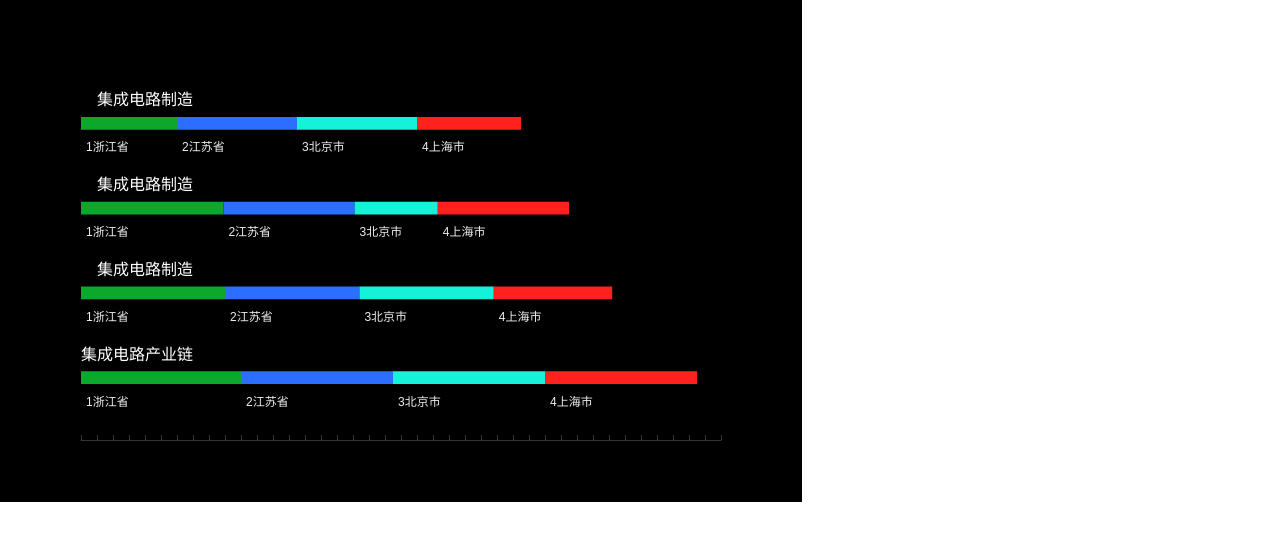
Repository: 572031690/echartproj
Page: /#/test
An editor plug-in stored every save of this project. The page is shown before and after the next save, followed by the edit.
The browser window is 1280 px wide. The pictures show the whole page.
The project was rebuilt for these pictures with package versions that can differ from the ones it lists, and the page was loaded fresh each time. Also part of the build but not shown: vue.config.js, src/components/Seller.vue, src/views/SellerPage.vue, src/utils/theme_utils.js, src/components/Trend.vue, src/views/TrendPage.vue, src/utils/map_utils.js, src/components/Map.vue and 9 more.

Above is the page before, as saved 2021-08-03 13:50:25.

### public/index.html
<!DOCTYPE html>
<html lang="en">
  <head>
    <meta charset="utf-8">
    <meta http-equiv="X-UA-Compatible" content="IE=edge">
    <meta name="viewport" content="width=device-width,initial-scale=1.0">
    <link rel="icon" href="<%= BASE_URL %>favicon.ico">
    <title><%= htmlWebpackPlugin.options.title %></title>
  </head>
  <body>
    <noscript>
      <strong>We're sorry but <%= htmlWebpackPlugin.options.title %> doesn't work properly without JavaScript enabled. Please enable it to continue.</strong>
    </noscript>
    <div id="app"></div>
    <!-- built files will be auto injected -->
    <!-- 一旦通过script标签引入的echarts.js的文件之后呢, window.echarts -->
    <script src="static/lib/echarts.min.js"></script>
    <!-- 引入主题的js文件 -->
    <script src="static/theme/chalk.js"></script>
    <script src="static/theme/vintage.js"></script>
  </body>
</html>

### src/main.js
import Vue from 'vue'
import App from './App.vue'
import router from './router'
import store from './store'
// 引入字体的文件
import './assets/font/iconfont.css'
// 引入全局的样式文件
import './assets/css/global.less'
import axios from 'axios'
import SocketService from './utils/socket_service'

// 调用socket **********
// import SocketService from '@/utils/socket_service'
// 对服务端进行webSocket连接 *********
// SocketService.Instance.connect()
// Vue.prototype.$socket = SocketService.Instance

// 请求基准路径的配置
axios.defaults.baseURL = 'http://127.0.0.1:8888/api/'
// 将axios挂载到Vue的原型对象上
// 在别的组件中 this.$http
Vue.prototype.$http = axios

// 将全局的echarts对象挂载到Vue的原型对象上
// 别的组件中 this.$echarts
Vue.prototype.$echarts = window.echarts

Vue.config.productionTip = false

new Vue({
  router,
  store,
  render: h => h(App)
}).$mount('#app')

### src/App.vue
<template>
  <div id="app">
    <!-- 路由占位符 -->
    <router-view></router-view>
  </div>
</template>

<style lang="less">

</style>

### src/router/index.js
import Vue from 'vue'
import VueRouter from 'vue-router'
import SellerPage from '@/views/SellerPage'
import TrendPage from '@/views/TrendPage'
import MapPage from '@/views/MapPage'
import RankPage from '@/views/RankPage'
import HotPage from '@/views/HotPage'
import StockPage from '@/views/StockPage'
import Test from '../components/Test.vue'
import ScreenPage from '@/views/ScreenPage'

Vue.use(VueRouter)

const routes = [
  {
    path: '/',
    redirect: '/screen'
  },
  {
    path: '/screen',
    component: ScreenPage
  },
  {
    path: '/sellerpage',
    component: SellerPage
  },
  {
    path: '/trendpage',
    component: TrendPage
  },
  {
    path: '/mappage',
    component: MapPage
  },
  {
    path: '/rankpage',
    component: RankPage
  },
  {
    path: '/hotpage',
    component: HotPage
  },
  {
    path: '/stockpage',
    component: StockPage
  },
  {
    path: '/test',
    component: Test
  }

]

const router = new VueRouter({
  routes
})

export default router

### src/store/index.js
import Vue from 'vue'
import Vuex from 'vuex'

Vue.use(Vuex)

export default new Vuex.Store({
  state: {
    theme: 'chalk'
  },
  mutations: {
    changeTheme (state) {
      if(state.theme === 'chalk'){
        state.theme = 'vintage'
      }else{
        state.theme = 'chalk'
      }
    }
  },
  actions: {
  },
  modules: {
  }
})

### src/assets/css/global.less
html, body, #app {
  width: 100%;
  height: 100%;
  padding: 0;
  margin: 0;
  overflow: hidden;
}

.com-page {
  width: 100%;
  height: 100%;
  overflow: hidden;
}

.com-container {
  width: 100%;
  height: 100%;
  overflow: hidden;
  position: relative;
}

.com-chart {
  width: 100%;
  height: 100%;
  overflow: hidden;
}

canvas {
  border-radius: 20px;
}

/*无法选中图片文字方法*/
span,div,img{
  user-select:none;
}

### src/utils/socket_service.js
export default class SocketService {
    // 单例的设计模式
    //如果别人通过get Instance 来的到我的实例对象 那我只会给他返回同一个实例对象
    static instance = null
    static get Instance() {
        if (!this.instance) {
            this.instance = new SocketService()
        }
        return this.instance
    }

    //和服务端连接的socket对象
    ws = null
    //存储回调函数
    callBackMapping = {}
    //定义连接服务器的方法
    connect() {
        //连接服务器
        if (!window.WebSocket) {
            return console.log('你的浏览器不支持WebSocket');
        }
        this.ws = new WebSocket('ws://localhost:9998')

        //连接服务端成功
        this.ws.onopen = () => {
            console.log('连接服务端成功');
        }
        //连接服务端失败
        this.ws.onclose = () => {
            console.log('连接服务端失败');
        }
        //得到服务端发送过来的数据
        this.ws.onmessage = msg => {
            console.log('从服务端获取数据');
            //得到的数据在msg的data里面
            // console.log(msg.data);
            const recvData = JSON.parse(msg.data)
            const socketType = recvData.socketType
            //判断回调函数是否存在
            if(this.callBackMapping[socketType]){
                const action = recvData.action
                if(action === 'getData') {
                    const realData = JSON.parse(recvData.data)
                    this.callBackMapping[socketType]
                }else if( action === 'fullScreen') {

                }else if(action === 'themeChange') {

                }
            }
        }
    }
    //回调函数的注册
    registerCallBack(socketType, callBack) {
        this.callBackMapping[socketType] = callBack
    }
    //取消某一个回调函数
    unRegisterCallBack(socketType) {
        this.callBackMapping[socketType] = null
    }

}

### src/components/Test.vue
<template>
  <div class="line-chart" ref="mybar">
    123
  </div>
</template>

<script>
export default {
  mounted() {
    this.getData()
    this.initChart()
  },
  data() {
    return {
      chartInstance: null,
      seriesData: [100, 120, 140, 90, 90, 80],
      barChart: {
        xAxisData: ['类别1', '类别2', '类别3', '类别4'],
        dataList: []
      },

      chartData1: [
        { rank: 1, name: '浙江省', value: 100 },
        { rank: 1, name: '江苏省', value: 90 },
        { rank: 1, name: '北京市', value: 89 },
        { rank: 1, name: '上海市', value: 60 }
      ],
      chartData2: [
        { rank: 2, name: '浙江省', value: 95 },
        { rank: 2, name: '江苏省', value: 84 },
        { rank: 2, name: '北京市', value: 82 },
        { rank: 2, name: '上海市', value: 75 }

      ],
      chartData3: [
        { rank: 3, name: '浙江省', value: 95 },
        { rank: 3, name: '江苏省', value: 84 },
        { rank: 3, name: '北京市', value: 52 },
        { rank: 3, name: '上海市', value: 75 }

      ],
      chartData4: [
        { rank: 4, name: '浙江省', value: 95 },
        { rank: 4, name: '江苏省', value: 74 },
        { rank: 4, name: '北京市', value: 82 },
        { rank: 4, name: '上海市', value: 65 }

      ],
      chartData5: [
        { rank: 5, name: '浙江省', value: 85.5 },
        { rank: 5, name: '江苏省', value: 44 },
        { rank: 5, name: '北京市', value: 72 },
        { rank: 5, name: '上海市', value: 75 }

      ],
      yAxisData: ['集成电路产业链', '集成电路制造', '集成电路制造', '集成电路制造']
    }
  },
  methods: {
    initChart() {
      const colorArr1 = [
        'rgba(11, 168, 44)',
        'rgba(44, 110, 255)',
        'rgba(22, 242, 217)',
        'rgba(254, 33, 30)',
        'rgba(250, 105, 0)'
      ]
      const ChartsData = [
        {
          name: '第一列',
          data: this.chartData1
        },
        {
          name: '第一列',
          data: this.chartData2
        },
        {
          name: '第一列',
          data: this.chartData3
        },
        {
          name: '第一列',
          data: this.chartData4
        },
        {
          name: '第一列',
          data: this.chartData5
        }
      ]
      var serises = ChartsData.map((item, index) => {
        if (item.data[index]) {
          return {
            name: item.data[index].name,
            stack: '类1',
            barWidth: '15%', // 宽度
            itemStyle: {
              color: arg => {
                return colorArr1[arg.componentIndex]
              },
              emphasis: { // 鼠标悬浮后的样式变化
                borderWidth: 5,
                borderType: 'solid',
                color: colorArr1[index],
                borderColor: colorArr1[index]
              }
            },
            data: [item.data[0].value, item.data[1].value, item.data[2].value, item.data[3].value],
            type: 'bar',
            label: {
              show: true,
              position: [5, 25],
              textStyle: {
                color: '#eee',
                fontSize: 12
              },
              fontWeight: 100, // 设置下面文字粗细
              formatter: arg => {
                return arg.seriesIndex + 1 + '' + item.data[index].name
              }
            }
          }
        }
      })
      // console.log(serises)
      const chartInstance = this.$echarts.init(this.$refs.mybar)
      const option = {
        tooltip: { // 设置鼠标悬浮提示框
          position: 'top',
          padding: 10,
          formatter: arg => {
            // console.log(arg, '1111111111')
            return arg.seriesName + ' ' + arg.value
          },
          backgroundColor: '#343c55',
          borderColor: '#3c455a',
          borderWidth: 2,
          textStyle: {
            fontSize: 12
          }
        },
        grid: [
          {
            top: 80,
            bottom: 81
          }
        ],
        xAxis: [
          {
            type: 'value',
            // gridIndex: 0,
            axisLabel: {
              // 刻度标签文字
              show: false
            },
            splitLine: {
              show: false
              // x轴横线
            },
            offset: 20, // 设置x轴向下偏移
            axisLine: {
              // 设置轴线
              show: true
            },
            axisTick: {
              show: true, // 是否显示坐标轴刻度。
              inside: true, // 让坐标轴刻度朝内 默认是false朝外
              length: 5 // 坐标轴刻度线的长度。
            },
            interval: 10 // 强制设置坐标轴刻度间隔值
          }
        ],
        yAxis: [
          {
            type: 'category',
            data: this.yAxisData,
            // gridIndex: 0, // x 轴所在的 grid 的索引，默认位于第一个 grid。
            axisLabel: {
              color: '#fff', // 刻度标签文字的颜色
              padding: [0, 0, 45, 0], // 设置轴文字上下偏移
              textStyle: {
                fontSize: 16
              }
            },
            offset: -120, // 设置x轴的偏移 -92是向上 但是得配合onZero: false,使用 不然负数不会生效
            axisLine: {
              onZero: false,
              // 设置轴线
              show: false
            },
            axisTick: {
              show: false // 是否显示坐标轴刻度。
            }
          }
        ],
        series: serises
      }
      chartInstance.setOption(option)
    },
    getData() {
      let sum = 0
      this.seriesData.forEach(item => (sum += item))
      const aver = sum / this.seriesData.length
      // console.log(aver)
      this.barChart.dataList[0] = this.seriesData.map(item => {
        if (item > aver) return item - aver
        else return 0
      })
      this.barChart.dataList[1] = this.seriesData.map(item => {
        if (item > aver) return aver
        else return item
      })
      // console.log(this.barChart.dataList)
    }
  }
}
</script>

<style>
.line-chart {
  width: 800px;
  height: 500px;
  border: 1px solid black;
  background: #000;
}
</style>

Loaded but not shown: src/assets/font/iconfont.css (common file); public/static/lib/echarts.min.js (library); public/static/theme/chalk.js (521 lines, source omitted); public/static/theme/vintage.js (521 lines, source omitted)

After the next save:
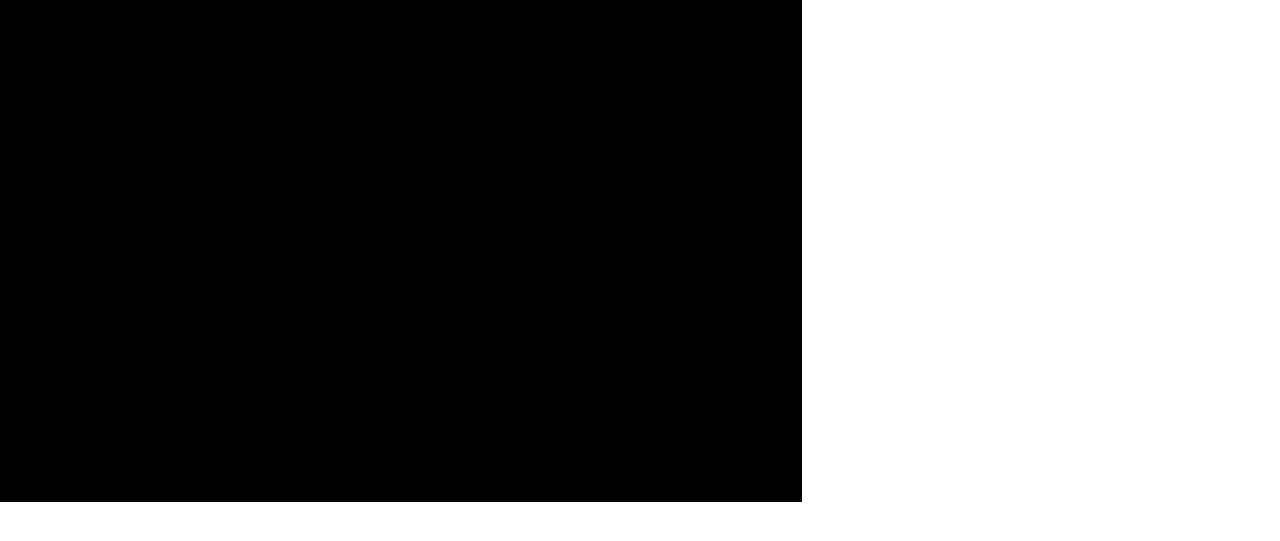
Saved 6 min 27 s later.
--- a/src/components/Test.vue
+++ b/src/components/Test.vue
@@ -13,12 +13,6 @@
   data() {
     return {
       chartInstance: null,
-      seriesData: [100, 120, 140, 90, 90, 80],
-      barChart: {
-        xAxisData: ['类别1', '类别2', '类别3', '类别4'],
-        dataList: []
-      },
-
       chartData1: [
         { rank: 1, name: '浙江省', value: 100 },
         { rank: 1, name: '江苏省', value: 90 },
@@ -92,8 +86,8 @@
           return {
             name: item.data[index].name,
             stack: '类1',
-            barWidth: '15%', // 宽度
-            itemStyle: {
+            barWidth: '15%', // 柱的宽度
+            itemStyle: { // 设置柱的颜色
               color: arg => {
                 return colorArr1[arg.componentIndex]
               },
@@ -128,7 +122,6 @@
           position: 'top',
           padding: 10,
           formatter: arg => {
-            // console.log(arg, '1111111111')
             return arg.seriesName + ' ' + arg.value
           },
           backgroundColor: '#343c55',

After the 2 saves that followed:
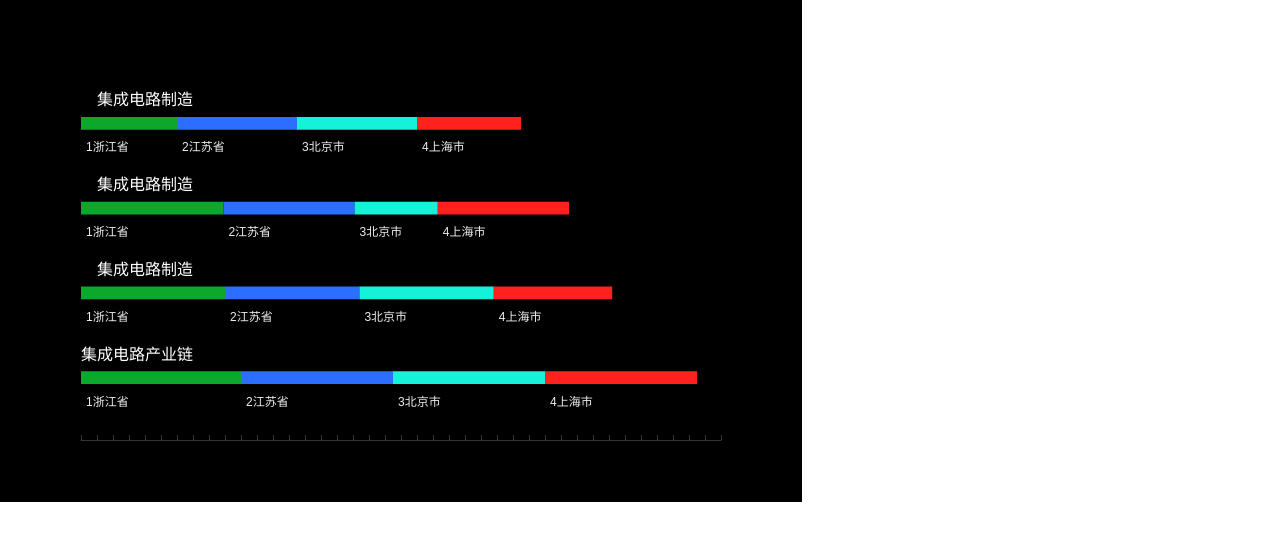
The 2 saves are shown as one change because 1 left the picture as it was.
The last was saved 102 s later.
--- a/src/components/Test.vue
+++ b/src/components/Test.vue
@@ -7,7 +7,7 @@
 <script>
 export default {
   mounted() {
-    this.getData()
+    // this.getData()
     this.initChart()
   },
   data() {
@@ -115,7 +115,6 @@
           }
         }
       })
-      // console.log(serises)
       const chartInstance = this.$echarts.init(this.$refs.mybar)
       const option = {
         tooltip: { // 设置鼠标悬浮提示框
